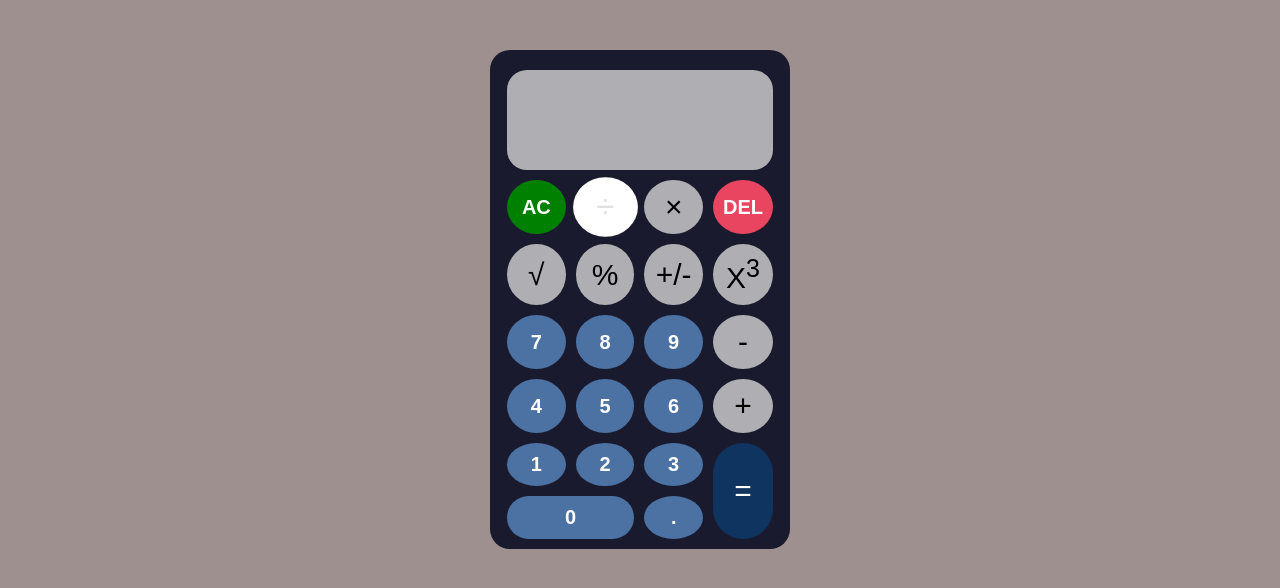
Repository: MikkyPrestige/js-calculator
Page: index.html
These files come from the project's save history. The page is drawn as it stood at one moment and after the next save; the edit follows.
The browser window is 1280 px wide. The pictures show the whole page.
The pointer rests on the first visible `.op`.

Above is the page before, as saved 2023-05-08 01:56:42.

### index.html
<!DOCTYPE html>
<html lang="en">

<head>
  <meta charset="UTF-8">
  <meta http-equiv="X-UA-Compatible" content="IE=edge">
  <meta name="viewport" content="width=device-width, initial-scale=1.0">
  <title>JavaScript Calculator</title>
  <link rel="stylesheet" href="./index.css">
  <!-- <script src="script.js" defer></script> -->
</head>

<body>
  <main>
    <section class="calculator">
      <div class="output">
        <div class="output--curr"></div>
        <div class="output--prev"></div>
      </div>
      <div class="btns">
        <button class="btn clear">AC</button>
        <button class="btn del">DEL</button>
        <button class="btn op divide">÷</button>
        <button class="btn op multiply">×</button>
        <button class="btn op minus">-</button>
        <button class="btn op plus">+</button>
        <button class="btn op mod">%</button>
        <button class="btn op plusMinus">+/-</button>
        <button class="btn op square">√</button>
        <button class="btn op cube">X<sup>3</sup></button>
        <button class="btn equalTo">=</button>
        <button class="btn num seven">7</button>
        <button class="btn num eight">8</button>
        <button class="btn num nine">9</button>
        <button class="btn num four">4</button>
        <button class="btn num five">5</button>
        <button class="btn num six">6</button>
        <button class="btn num one">1</button>
        <button class="btn num two">2</button>
        <button class="btn num three">3</button>
        <button class="btn num zero">0</button>
        <button class="btn num dot">.</button>
      </div>
    </section>
  </main>
</body>

</html>

### index.css
*,
*::before,
*::after {
  box-sizing: border-box;
  margin: 0;
  padding: 0;
}

html {
  font-size: 62.5%;
}

body {
  font-family: 'Inter', sans-serif;
  font-size: 1.6rem;
  font-weight: 400;
  line-height: 1.5;
  background: #9F9090;
  min-height: 100%;
  width: 100%;
}

main {
  background: rgba(26, 26, 46, 1);
  width: 100%;
  max-width: 30rem;
  height: 100%;
  margin: 5rem auto;
  padding: 1rem;
  border-radius: 2rem;
  -webkit-border-radius: 2rem;
  -moz-border-radius: 2rem;
  -ms-border-radius: 2rem;
  -o-border-radius: 2rem;
}

.calculator {
  display: flex;
  flex-direction: column;
  justify-content: space-between;
  align-items: center;
  width: 100%;
  height: 100%;
}

.output {
  background: #AFAFB3;
  width: 95%;
  height: 10rem;
  border-radius: 2rem;
  -webkit-border-radius: 2rem;
  -moz-border-radius: 2rem;
  -ms-border-radius: 2rem;
  -o-border-radius: 2rem;
  display: flex;
  flex-direction: column;
  justify-content: space-around;
  align-items: flex-end;
  padding: 1rem;
  margin: 1rem 0;
}

.output--curr {
  font-size: 2.5rem;
  font-weight: 700;
  color: #000;
  border-bottom: 0.2rem solid rgba(0, 0, 0, 0.2);
  padding-bottom: .5rem;
}

.output--prev {
  font-size: 1.5rem;
  font-weight: 400;
  color: rgba(0, 0, 0, 0.5);
}

.btns {
  display: grid;
  grid-template-columns: repeat(4, 1fr);
  grid-gap: 1rem;
  grid-template-areas:
    "clear divide multiply del"
    "square mod plusMinus cube"
    "seven eight nine minus"
    "four five six plus"
    "one two three equalTo"
    "zero zero dot equalTo";
  width: 95%;
  height: 100%;
}

.btn {
  border-radius: 50%;
  -webkit-border-radius: 50%;
  -moz-border-radius: 50%;
  -ms-border-radius: 50%;
  -o-border-radius: 50%;
  border: none;
  outline: none;
  font-size: 2rem;
  font-weight: 700;
  padding: 1rem;
  color: #FFFFFF;
  cursor: pointer;
  transition: all 0.2s ease-in-out;
  -webkit-transition: all 0.2s ease-in-out;
  -moz-transition: all 0.2s ease-in-out;
  -ms-transition: all 0.2s ease-in-out;
  -o-transition: all 0.2s ease-in-out;
}

.op {
  background: rgba(217, 217, 217, 0.78);
  color: #000;
  font-size: 3rem;
  font-weight: 300;
}

.op:hover {
  background: #ffffff;
  color: rgba(217, 217, 217, 0.78);
}

.num {
  background: #4B72A2;
}

.num:hover {
  background: #ffffff;
  color: #4B72A2;
}

.clear {
  background: #008000;
  grid-area: clear;
}

.clear:hover {
  background: #ffffff;
  color: #008000;
}

.del {
  background: #E94560;
  grid-area: del;
}

.del:hover {
  background: #ffffff;
  color: #E94560;
}

.divide {
  grid-area: divide;
}

.multiply {
  grid-area: multiply;
}

.square {
  grid-area: square;
}

.mod {
  grid-area: mod;
}

.plusMinus {
  grid-area: plusMinus;
}

.cube {
  grid-area: cube;
}

.minus {
  grid-area: minus;
}

.plus {
  grid-area: plus;
}

.one {
  grid-area: one;
}

.two {
  grid-area: two;
}

.three {
  grid-area: three;
}

.four {
  grid-area: four;
}

.five {
  grid-area: five;
}

.six {
  grid-area: six;
}

.seven {
  grid-area: seven;
}

.eight {
  grid-area: eight;
}

.nine {
  grid-area: nine;
}

.zero {
  grid-area: zero;
  border-radius: 3rem;
}

.dot {
  grid-area: dot;
}

.equalTo {
  grid-area: equalTo;
  background: #0F3460;
  font-size: 3rem;
  font-weight: 300;
  border-radius: 3rem;
  -webkit-border-radius: 3rem;
  -moz-border-radius: 3rem;
  -ms-border-radius: 3rem;
  -o-border-radius: 3rem;
}

.equalTo:hover {
  background: #ffffff;
  color: #0F3460;
}

.btn:hover {
  transform: scale(1.1);
  -webkit-transform: scale(1.1);
  -moz-transform: scale(1.1);
  -ms-transform: scale(1.1);
  -o-transform: scale(1.1);
}

.btn:active {
  transform: scale(0.9);
  -webkit-transform: scale(0.9);
  -moz-transform: scale(0.9);
  -ms-transform: scale(0.9);
  -o-transform: scale(0.9);
}

After the next save:
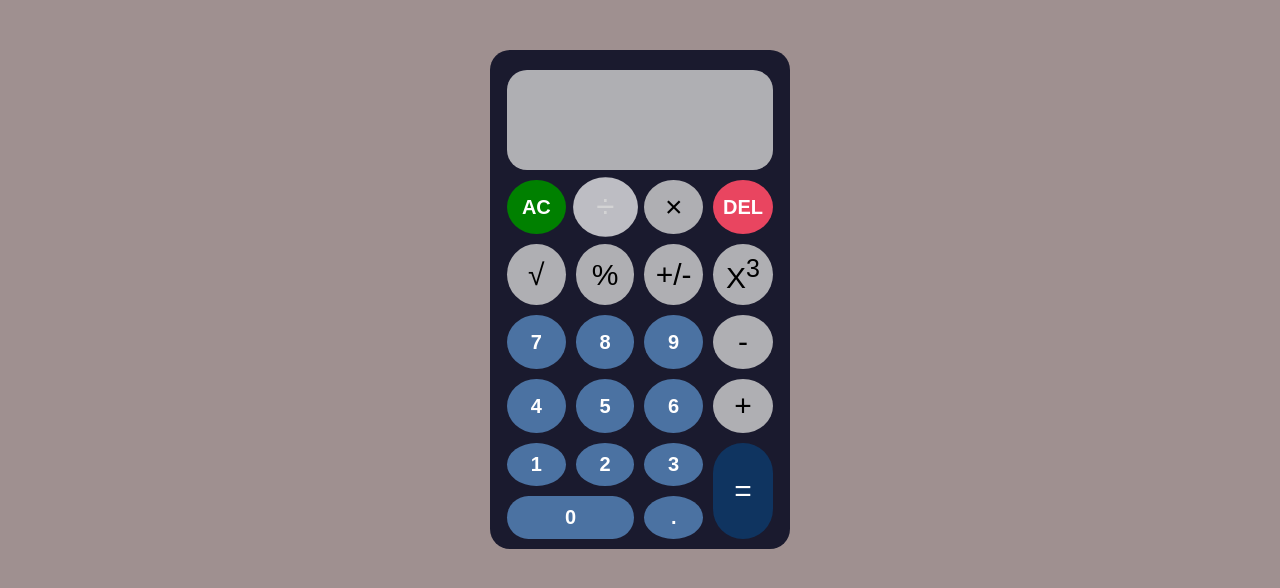
Saved 21 s later.
--- a/index.css
+++ b/index.css
@@ -117,7 +117,7 @@ main {
 }
 
 .op:hover {
-  background: #ffffff;
+  background: #ffffffb6;
   color: rgba(217, 217, 217, 0.78);
 }
 
